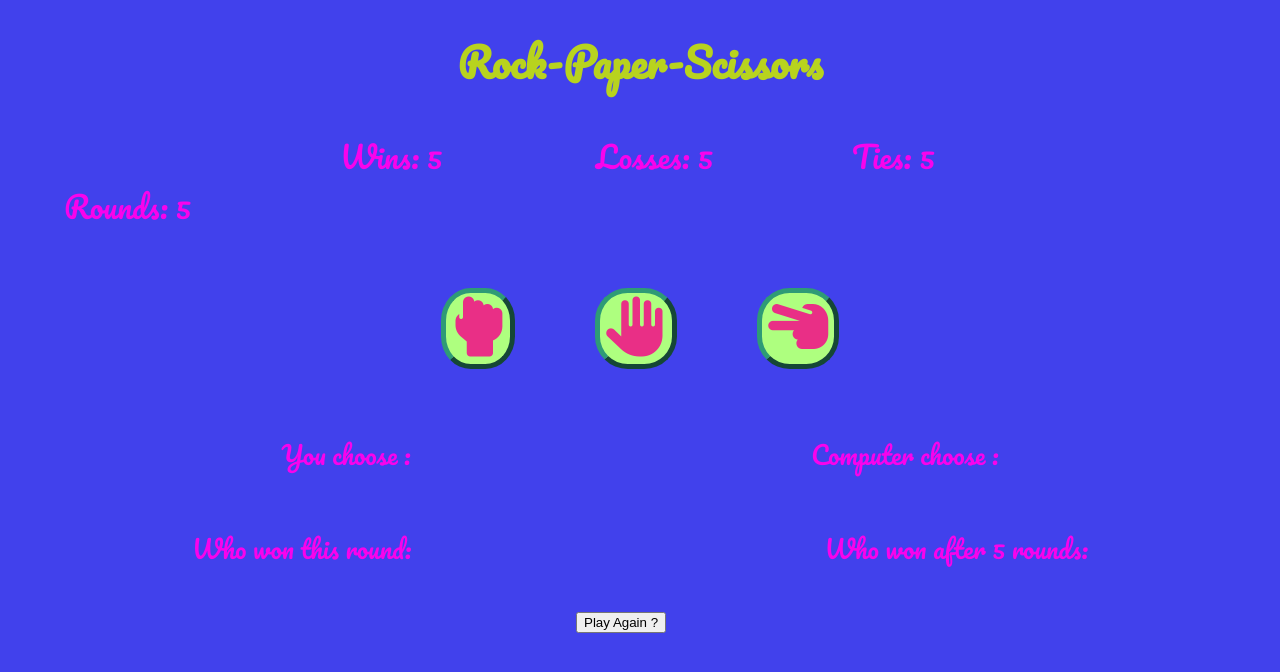
Repository: 0101chaitanya/Rock-Paper-Scissors
Page: index.html
The author's editor kept a copy of each file at every save. The page is drawn from the files as they stood at one save, then again after the next save.
The browser window is 1280 px wide. The pictures show the whole page.
Some web libraries are served in a nearby version.

Above is the page before, as saved 2021-05-15 16:26:44.
Console error: ReferenceError: computerChoice is not defined

### index.html
<!DOCTYPE html>
<html>

<head>
    <meta charset="utf-8">
    <title>Rock-Paper-Scissors</title>
    <link rel="stylesheet" href="style.css">
    <script src="https://kit.fontawesome.com/3dcaf9f6de.js" crossorigin="anonymous"></script>
    <link rel="preconnect" href="https://fonts.gstatic.com">
    <link href="https://fonts.googleapis.com/css2?family=Pacifico&display=swap" rel="stylesheet">
</head>

<body>
    <h1 id="welcome">Rock-Paper-Scissors</h1>
    <div id="div1">
        <span id="wins" class="score">Wins: 5</span>
        <span id="losses" class="score">Losses: 5</span>
        <span id="ties" class="score">Ties: 5</span>
    </div>
    <div id="div2">
        <span id="rounds">Rounds: 5</span>
    </div>
    <div id="div3">
        <button class="square" id="holder1" href="#"><i class="fas fa-hand-rock"></i></button>
        <button class="square" id="holder2" href="#"><i class="fas fa-hand-paper"></i></button>
        <button class="square" id="holder3" href="#"><i class="fas fa-hand-scissors"></i></button>
    </div>
    <div id="div4">
        <span id="you" class="player">You choose :</span>
        <span id="computer" class="player">Computer choose :</span>
    </div>
    <div id="div5">
        <span id="roundwin" class="round">Who won this round:</span>
        <span id="round5er" class="round">Who won after 5 rounds:</span>
    </div>
    <button id="repeat">Play Again ?</button>
    <script type="text/javascript" src="link.js"></script>
</body>

</html>

### style.css
html{
    margin: 0;
    font-family: 'Pacifico', cursive;
    background-color:rgb(65, 65, 236);
display: block;
}

h1  {
       text-align: center;
     color:rgb(184, 211, 30) ;
    font-size: 40px;
}
#div1{
     display: flex;
     justify-content: space-evenly;
     font-size: 30px;
     color:rgb(248, 3, 236);
    position : fixed;
    top: 18%;
    }
.score {
        margin: auto 20px ;
    }
    #wins {
       position: fixed;
        left: 25%;

    }
    #losses {
       position: fixed;
        left: 45%;

    }
    #ties {
       position: fixed;
        left: 65%;

    }

#div2 {
     display: flex;
     justify-content: space-evenly;
     font-size: 30px;
     color:rgb(248, 3, 236);
    position : fixed;
    top: 25%;
    left: 5%;
}
 #div3 {
display: flex;
flex-direction: row;
justify-content:center;
position: fixed;
top: 40%;
align-content: center;
left: 50%;
right: 50%;
padding:0;
  }
.square{
    background-color: rgb(174, 255, 127);
    font-size: 60px;
    display: inline-block;
color: rgb(233, 47, 134);
border-radius: 40%;
border-width: 5px;
border-color:rgb(46, 155, 118);
margin:auto 40px;
}
#div4 {
     display: flex;
     flex-direction: row;
     justify-content: center;
     font-size: 25px;
     color:rgb(248, 3, 236);
    position : fixed;
    top: 60%;
    padding: auto;

}
#you {
   position: fixed;
        left: 22%;

}
#computer {
     position: fixed;
        right: 22%;

}
#div5 {
     display: flex;
     flex-direction: row;
     justify-content: center;
     font-size: 25px;
     color:rgb(248, 3, 236);
    position : fixed;
    top: 73%;
    padding: auto;

}
#roundwin {
      position: fixed;
        left: 15%;
}
#round5er{
      position: fixed;
        right: 15%;
}
#repeat{
    position: fixed;
    top : 85%;
    left : 45%;

}

### link.js
"use strict";
let array = [rock(), paper(), scissors()];

let you = document.getElementById('you');
let computer = document.getElementById('computer');

function rock() {
    return 'rock';
}
function paper() {
    return 'paper';
}
function scissors() {
    return 'scissors';
}
function computerSelection() {
    computerChoice = Math.floor((Math.random() * 3));
    computer.textContent = `computer selected ${computerChoice} i.e ${array[computerChoice]}`;

    return array[computerChoice];
}
computerSelection();

After the next save:
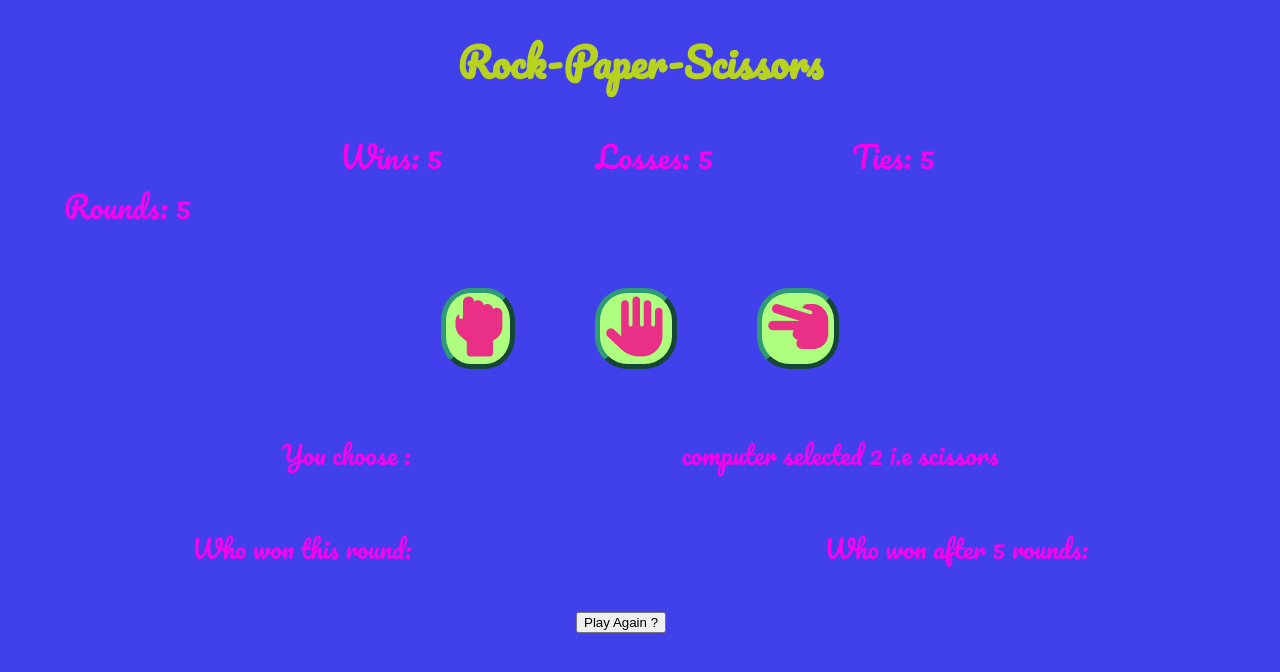
The error is gone.
Saved 3 min 42 s later.
--- a/link.js
+++ b/link.js
@@ -1,6 +1,6 @@
 "use strict";
 let array = [rock(), paper(), scissors()];
-
+let computerChoice;
 let you = document.getElementById('you');
 let computer = document.getElementById('computer');
 
